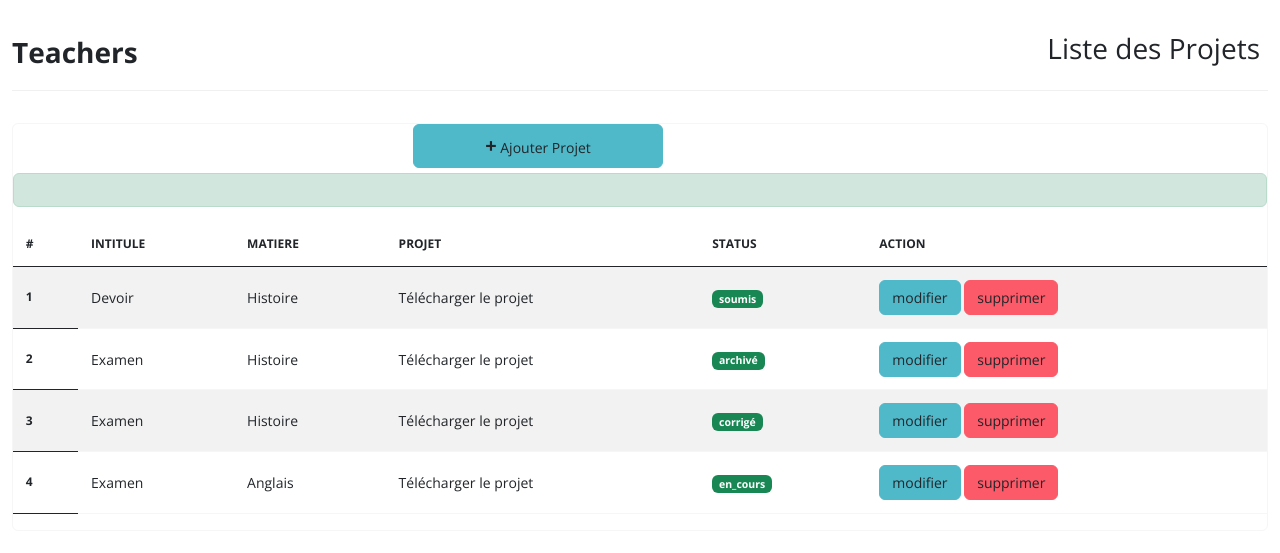
Repository: dimitri0004/Moodle
Page: http://localhost/enseignant/projet/
The author's editor kept a copy of each file at every save. The page is drawn from the files as they stood at one save, then again after the next save.
The browser window is 1280 px wide. The pictures show the whole page.
The page is served by the project's application, run on Django 4.2 (manage.py). The database holds what the project's SQL file puts in it.

Above is the page before, as saved 2023-08-19 03:43:07.
Console error: TypeError: Cannot set properties of null (setting 'innerHTML')

After the next save:
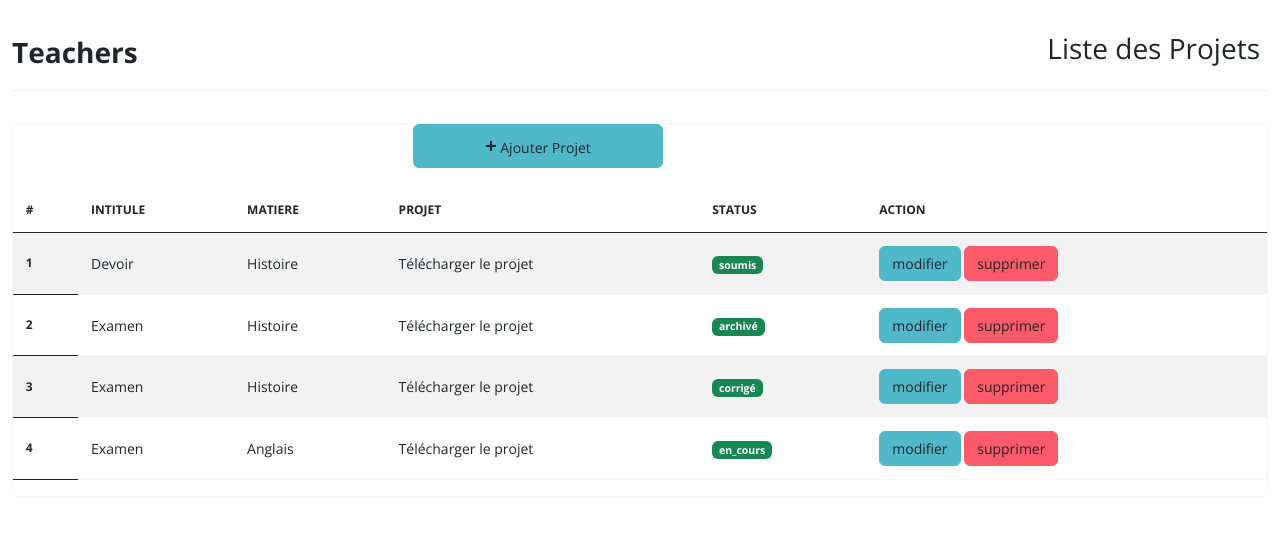
Saved 47 s later.
--- a/templates/Enseignant/Projet/index.html
+++ b/templates/Enseignant/Projet/index.html
@@ -21,7 +21,7 @@
                 <h3></h3>
                 <div class="card teacher-card">
                 <a href="{% url 'ajouter_projet' %}" style="width: 250px; margin-left:400px;margin-bottom:5px" class="btn btn-info"><strong style="font-size: 20px; ">+</strong> Ajouter Projet</a>
-                    <p class="alert alert-success">{{ message }}</p>
+                    <p class=" alert-success">{{ message }}</p>
 
 
 
